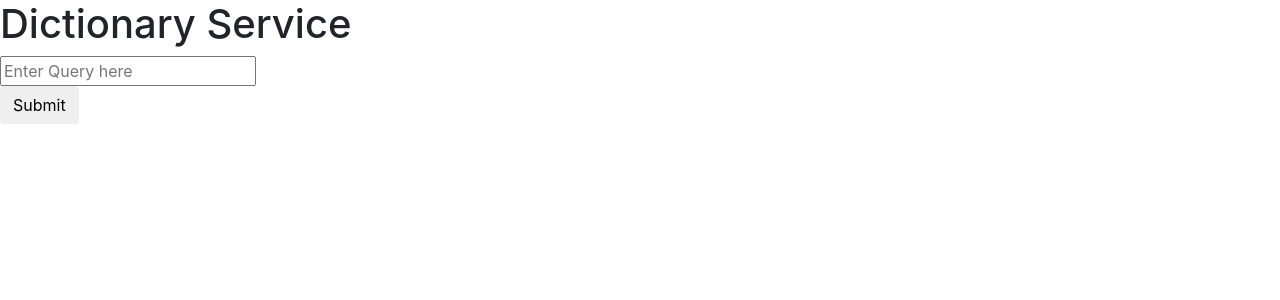
Repository: IanBurke1/AsyncRMI_DictionaryService
Page: AsyncRMI_DictionaryService/WebContent/index.html
An editor plug-in stored every save of this project. The page is shown before and after the next save, followed by the edit.
The browser window is 1280 px wide. The pictures show the whole page.

Above is the page before, as saved 2017-12-18 15:19:26.

### AsyncRMI_DictionaryService/WebContent/index.html
<!DOCTYPE html>
<html>
<head>
<meta charset="ISO-8859-1">
<title>Dictionary Service</title>
<!-- Bootstrap CSS -->
<link rel="stylesheet" href="https://maxcdn.bootstrapcdn.com/bootstrap/4.0.0-beta.2/css/bootstrap.min.css" integrity="sha384-PsH8R72JQ3SOdhVi3uxftmaW6Vc51MKb0q5P2rRUpPvrszuE4W1povHYgTpBfshb" crossorigin="anonymous">
</head>
<body>
<form>
  <div>
    <h1>Dictionary Service</h1>
    <input type="email" id="exampleInputEmail1" aria-describedby="emailHelp" placeholder="Enter Query here">
  </div>
  <button type="submit" class="btn btn-default">Submit</button>
</form>
</body>
</html>

After the next save:
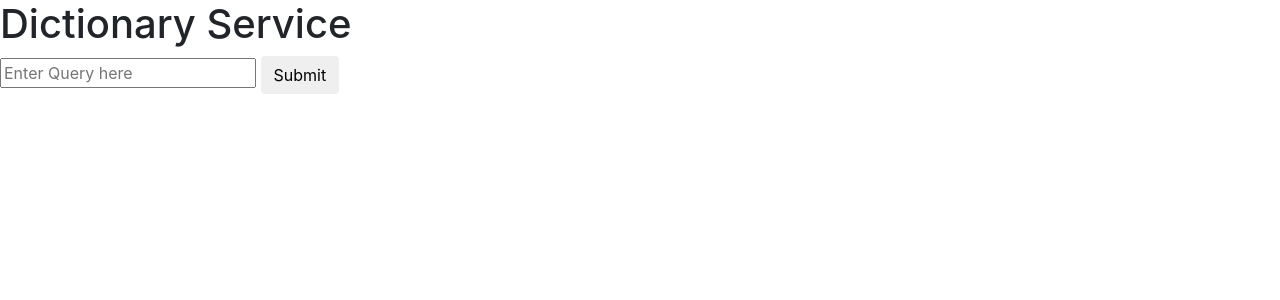
Saved 104 s later.
--- a/AsyncRMI_DictionaryService/WebContent/index.html
+++ b/AsyncRMI_DictionaryService/WebContent/index.html
@@ -7,11 +7,10 @@
 <link rel="stylesheet" href="https://maxcdn.bootstrapcdn.com/bootstrap/4.0.0-beta.2/css/bootstrap.min.css" integrity="sha384-PsH8R72JQ3SOdhVi3uxftmaW6Vc51MKb0q5P2rRUpPvrszuE4W1povHYgTpBfshb" crossorigin="anonymous">
 </head>
 <body>
+<h1>Dictionary Service</h1>
 <form>
-  <div>
-    <h1>Dictionary Service</h1>
+
     <input type="email" id="exampleInputEmail1" aria-describedby="emailHelp" placeholder="Enter Query here">
-  </div>
   <button type="submit" class="btn btn-default">Submit</button>
 </form>
 </body>
